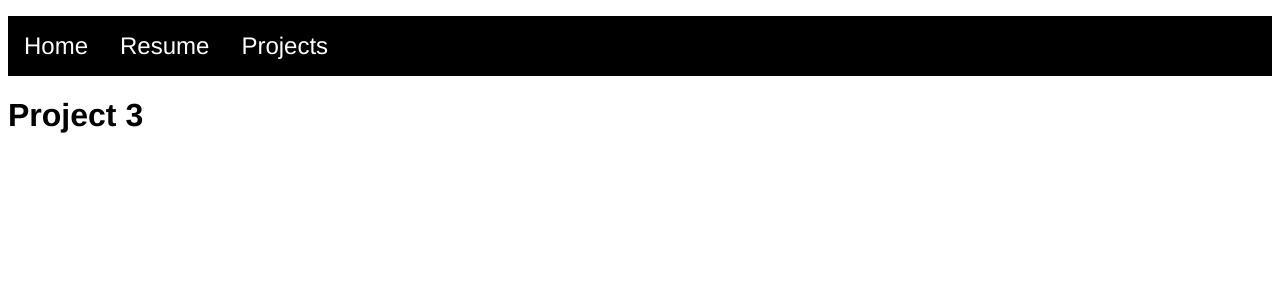
Repository: TangDylan/TangDylan.github.io
Page: project3.html
The author's editor kept a record of every edit. The page is drawn from the files as they stood at one moment, then again after the next edit.
The browser window is 1280 px wide. The pictures show the whole page.

Above is the page before.

### project3.html
<!DOCTYPE html>
<html>
    <head>

        <title>Project 3</title>

        <link rel="stylesheet" type="text/css" href="style.css">

    </head>

    <body>

      <ul class="navbar">
        <li><a href="index.html">Home</a></li>
        <li><a href="resume.html">Resume</a></li>
        <li class="dropdown">
          <div>Projects</div>
          <ul class="dropdown-content">
            <li><a href="project1.html">Project 1</a></li>
            <li><a href="project2.html">Project 2</a></li>
            <li class="active"><a href="project3.html">Project 3</a></li>

          </ul>

        </li>

      </ul>

        <h1>
          Project 3
        </h1>


    </body>

</html>

### style.css


          * {
            font-family:helvetica;
          }

          .navbar {
            list-style:none;
            background-color:black;
            overflow:hidden;
            padding:0;

          }

          .navbar a, .dropdown div {
            text-decoration:none;
            color:white;
            font-size:24px;
            padding: 16px;
            display:inline-block
          }

          .navbar li {
            float:left;
          }

          .navbar li:hover {
          background-color:lightblue;
          }

          .dropdown-content {
            list-style:none;
            padding:0;
            display:none;
            position:absolute;
            z-index:1;
            background-color:black;
          }

          .dropdown-content li {
            float:none;
          }

          .dropdown:hover .dropdown-content {
           display:block;
          }

          .active {
           background-color:orange;
          }

After the next edit:
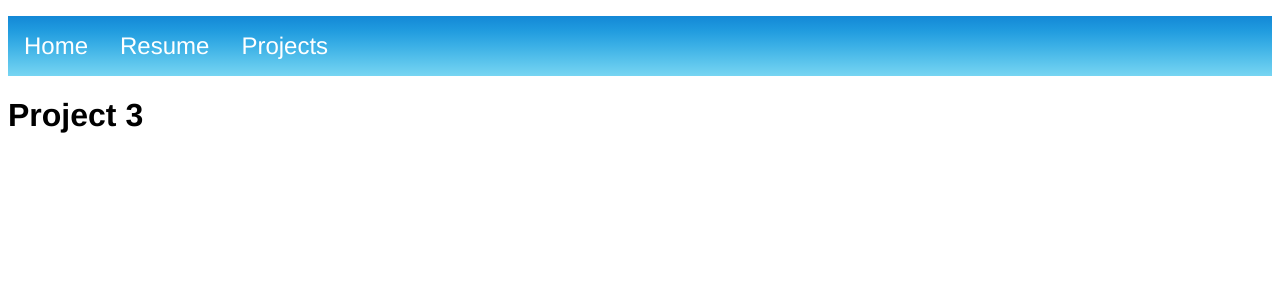
The edit:
--- a/style.css
+++ b/style.css
@@ -6,7 +6,7 @@
 
           .navbar {
             list-style:none;
-            background-color:black;
+            background-image: linear-gradient(to bottom, #1388d6, #219cdf, #3bb0e6, #59c3ec, #77d5f2);
             overflow:hidden;
             padding:0;
 
